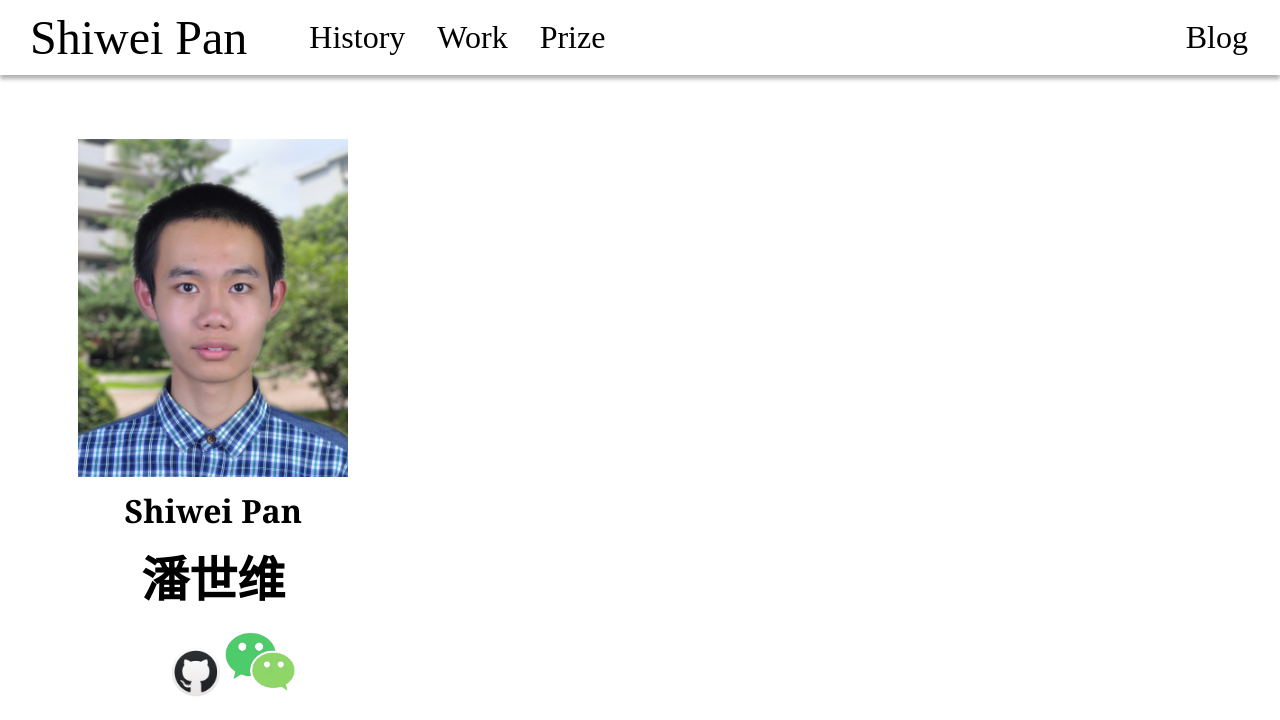
Repository: erikpsw/web
Page: new/psw.html
An editor plug-in stored every save of this project. The page is shown before and after the next save, followed by the edit.
The browser window is 1280 px wide. The pictures show the whole page.

Above is the page before, as saved 2022-06-16 22:43:32.

### new/psw.html
<!DOCTYPE html>
<html>
<head>
<meta charset="utf-8">
<title>Shiwei Pan</title>
<link rel="stylesheet" type="text/css" href="styles.css">
</head>
<body class="body">
<nav id="start_box">
    <a class="nav" id="title" href="">Shiwei Pan</a>
    <a class="nav" href="" >History</a>
    <a class="nav" href="">Work</a>
    <a class="nav" href="">Prize</a>
    <a class="nav" id="myblog" target="_blank" href="https://erikpsw.github.io/">Blog</a>
</nav>
<section>
    <div id="profile">
        <img src="\pic\mine.png" id="mine">
        <h2 id="intro">Shiwei Pan</h2>
        <h2 id="name">潘世维</h2>
    <ul class="network_icon">
        <img src="\pic\github.png" id="github">
        <img src="\pic\wechat.png" id="wechat">
    <ul>

    </div>
</section>
</body>
</html>

### new/styles.css
#start_box
{
    background-color: whit;
    display:flex;
    box-shadow: 0 0.25rem 0.25rem 0 rgb(0 0 0 / 31%);
}

#title{
    text-decoration: none;
    font-family:"Times New Roman",Georgia,Serif;
    font-style:inherit;
    padding:10px 30px 10px;
    color:black;
    font-size: 3em;
}

.nav{
    text-decoration: none;
    font-family:"Times New Roman",Georgia,Serif;
    padding-left:1em;
    color:black;
    display: inline-flex;
    align-items: center;
    font-size: 2em;
}

.body{
    margin: 0%;
}

#myblog{
    margin-left: auto;
    padding-right: 1em;
}

#mine{
    width: 270px;
    height: 337.5px;
    margin-top: 4em;
}

#profile{
    text-align: center;
    max-width: 33.333%;
}

#intro{
    font-family: Georgia,Serif;
    font-size: 2em;
    margin: 2%;
}

#name{
    font-family: STZhongsong;
    font-size: 3em;
    margin: 2%;
}

#github{
    height: 50px;
}
#wechat{
    height: 70px;
}

After the next save:
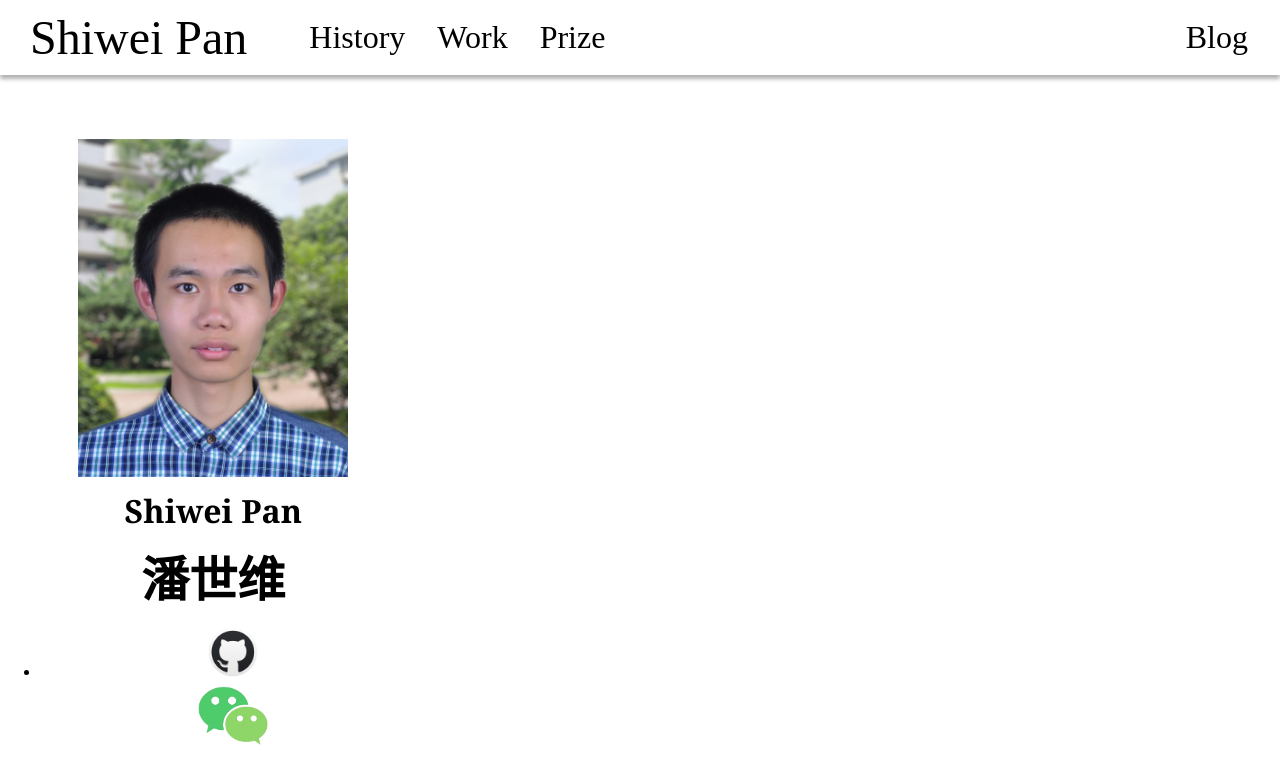
Saved 21 s later.
--- a/new/psw.html
+++ b/new/psw.html
@@ -19,7 +19,9 @@
         <h2 id="intro">Shiwei Pan</h2>
         <h2 id="name">潘世维</h2>
     <ul class="network_icon">
-        <img src="\pic\github.png" id="github">
+        <li>
+            <img src="\pic\github.png" id="github">
+        </li>
         <img src="\pic\wechat.png" id="wechat">
     <ul>
 
